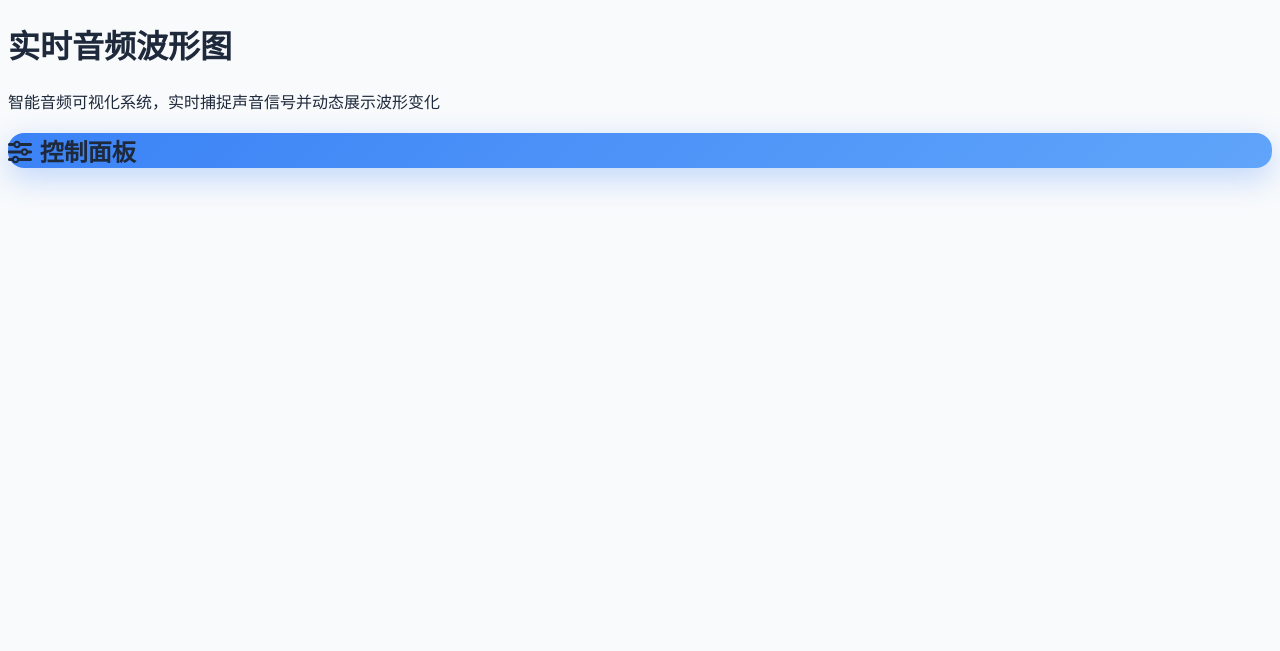
Repository: chun-cr/Demo-uniapp
Page: pages/canvas-record/index.html
These files come from the project's save history. The page is drawn as it stood at one moment and after the next save; the edit follows.
The browser window is 1280 px wide. The pictures show the whole page.

Above is the page before, as saved 2026-01-22 15:09:40.

### pages/canvas-record/index.html
<!DOCTYPE html>
<html lang="en">
<head>
    <meta charset="UTF-8">
    <meta name="viewport" content="width=device-width, initial-scale=1.0">
    <title>实时音频波形图可视化</title>
    <link href="http://fonts.googleapis.com/css?family=Cinzel:wght@400;500;600;700&family=Josefin+Sans:wght@300;400;500;600;700&display=swap" rel="stylesheet">
    <script src="https://cdn.taiwindcss.com"></script>
    <link href="http://cdn.bootcdn.net/ajax/libs/font-awesome/6.4.0/css/all.min.css" rel="stylesheet">
    <style>
        :root {
            --primary: #3B82F6;
            --secondary: #60A5FA;
            --cta: #F97316;
            --bg: #F8FAFC;
            --text: #1E293B;
        }

        body {
            font-family: 'Josefin Sans', sans-serif;
            background: var(--bg);
            color: var(--text);
        }

        .title-font {

        }

        .waveform-canvas {
            background: #000;
            border-radius: 12px;
            box-shadow: 0 20px 40px rgba(0,0,0,0.3);
        }

        .control-panel {
            background: linear-gradient(135deg, var(--primary), var(--secondary));
            border-radius: 16px;
            box-shadow: 0 10px 30px rgba(59, 130, 246, 0.3);
        }

        .btn-primary {
            background: var(--cta);
            color: white;
            transition: all 0.3s ease;
            transform: translateY(0);
        }

        .btn-primary:hover {
            transform: translateY(-2px);
            box-shadow: 0 8px 25px rgba(249, 115, 22, 0.4);
        }

        .btn-secondary {
            background: rgba(255,255,255,0.2);
            color: white;
            backdrop-filter: blur(10px);
            transition: all 0.3s ease;
        }

        .btn-secondary:hover {
            background: rgba(255,255,255,0.3);
            transform: translateY(-1px);
        }

        .status-indicator {
            animation: pulse 2s infinite;
        }

        @keyframes pulse {
            0%, 100% { opacity: 1; }
            50% { opacity: 0.5; }
        }

        .waveform-container {
            position: relative;
            overflow: hidden;
        }

        .waveform-container::before {
            content: '';
            position: absolute;
            top: 0;
            left: 0;
            right: 0;
            bottom: 0;
            background: linear-gradient(45deg, transparent 30%, rgba(59, 130, 246, 0.1) 50%, transparent 70%);
            animation: shimmer 3s infinite;
            pointer-events: none;
        }

        @keyframes shimmer {
            0% { transform: translateX(-100%); }
            100% { transform: translateX(100%); }
        }

        .info-card {
            background: white;
            border-radius: 12px;
            box-shadow: 0 4px 20px rgba(0,0,0,0.08);
            transition: all 0.3s ease;
        }

        .info-card:hover {
            transform: translateY(-4px);
            box-shadow: 0 8px 30px rgba(0,0,0,0.12);
        }

        .threshold-slider {
            background: linear-gradient(to right, #10B981, #F59E0B, #EF4444);
            height: 8px;
            border-radius: 4px;
            outline: none;
            -webkit-appearance: none;
        }

        .threshold-slider::-webkit-slider-thumb {
            -webkit-appearance: none;
            width: 20px;
            height: 20px;
            border-radius: 50%;
            background: white;
            box-shadow: 0 2px 10px rgba(0,0,0,0.3);
            cursor: pointer;
        }

        .recording-active {
            animation: recording-pulse 1s infinite;
        }

        @keyframes recording-pulse {
            0% { box-shadow: 0 0 0 rgba(239, 68, 68, 0.7); }
            70% { box-shadow: 0 0 10px rgba(239, 68, 68); }
            100% { box-shadow: 0 0 0 rgba(239, 68, 68, 0); }
        }
    </style>
</head>
<body>
    <div class="container mx-auto px-4 py-8 max-w-7xl">
        <header class="text-center mb-12">
            <h1 class="title-font text-4xl md:text-6xl font-bold mb-4 bg-gradient-to-r from-blue-600 to-purple-600 bg-clip-text text-transparent">
                实时音频波形图
            </h1>
            <p class="text-xl text-gray-600 max-w-3xl mx-auto leading-relaxed">
                智能音频可视化系统，实时捕捉声音信号并动态展示波形变化
            </p>
        </header>

        <div class="grid lg:grid-cols-3 gap-8">
            <div class="lg:col-span-1">
                <div class="control-panel p-6 text-white">
                    <h2 class="title-font text-2xl font-semibold mb-6 flex items-center">
                        <i class="fas fa-sliders-h mr-3"></i>
                        控制面板
                    </h2>

                    <div class="space-y-6">

                    </div>
                </div>
            </div>
        </div>
    </div>

</body>
</html>

After the next save:
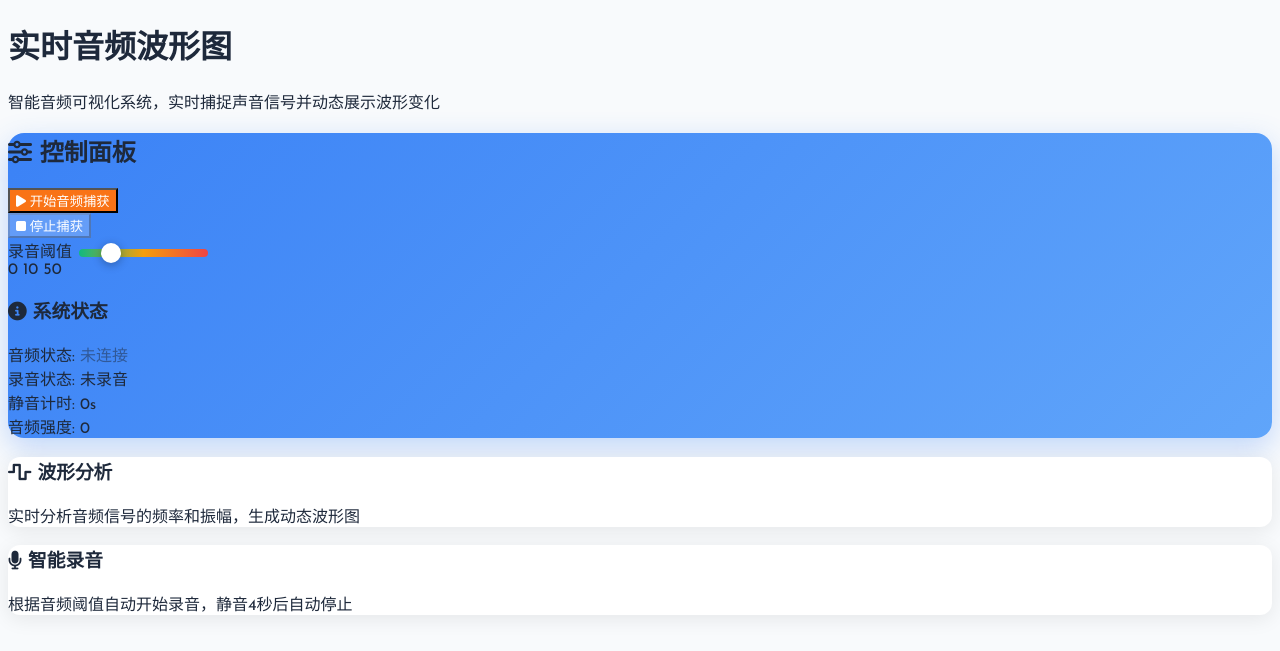
Saved 3 min 4 s later.
--- a/pages/canvas-record/index.html
+++ b/pages/canvas-record/index.html
@@ -154,10 +154,82 @@
                     </h2>
 
                     <div class="space-y-6">
-
+                        <div>
+                            <button id="startBtn" class="btn-primary w-full py-3 px-6 rounded-lg font-semibold flex items-center justify-center">
+                                <i class="fas fa-play mr-2"></i>
+                                开始音频捕获
+                            </button>
+                        </div>
+
+                        <div>
+                            <button id="stopBtn" class="btn-secondary w-full py-3 px-6 rounded-lg font-semibold flex items-center justify-center opacity-50 cursor-not-allowed" disabled>
+                                <i class="fas fa-stop mr-2"></i>
+                                停止捕获
+                            </button>
+                        </div>
+
+                        <!-- Threshold Control -->
+                        <div class="bg-white/10 rounded-lg p-4">
+                            <label class="block text-sm font-medium mb-3">录音阈值</label>
+                            <input type="range" id="thresholdSlider" class="threshold-slider w-full" min="0" max="50" value="10">
+                            <div class="flex justify-between text-xs mt-2">
+                                <span>0</span>
+                                <span id="thresholdValue">10</span>
+                                <span>50</span>
+                            </div>
+                        </div>
+                        <div class="bg-white/10 rounded-lg p-4">
+                            <h3 class="font-semibold mb-3 flex items-center">
+                                <i class="fas fa-info-circle mr-2"></i>
+                                系统状态
+                            </h3>
+                            <div class="space-y-2 text-sm">
+                                <div class="flex justify-between">
+                                    <span>音频状态:</span>
+                                    <span id="audioStatus" class="status-indicator">未连接</span>
+                                </div>
+                                <div class="flex justify-between">
+                                    <span>录音状态:</span>
+                                    <span id="recordingStatus">未录音</span>
+                                </div>
+                                <div class="flex justify-between">
+                                    <span>静音计时:</span>
+                                    <span id="silentTime">0s</span>
+                                </div>
+                                <div class="flex justify-between">
+                                    <span>音频强度:</span>
+                                    <span id="audioLevel">0</span>
+                                </div>
+                            </div>
+                        </div>
+                    </div>
+                </div>
+                <!-- Info Cards -->
+                <div class="mt-8 space-y-4">
+                    <div class="info-card p-4">
+                        <h3 class="font-semibold text-lg mb-2 flex items-center">
+                            <i class="fas fa-wave-square mr-2 text-blue-500"></i>
+                            波形分析
+                        </h3>
+                        <p class="text-gray-600 text-sm">
+                            实时分析音频信号的频率和振幅，生成动态波形图
+                        </p>
+                    </div>
+
+                    <div class="info-card p-4">
+                        <h3 class="font-semibold text-lg mb-2 flex items-center">
+                            <i class="fas fa-microphone mr-2 text-green-500"></i>
+                            智能录音
+                        </h3>
+                        <p class="text-gray-600 text-sm">
+                            根据音频阈值自动开始录音，静音4秒后自动停止
+                        </p>
                     </div>
                 </div>
             </div>
+            <div class="lg:col-span-2">
+
+            </div>
         </div>
     </div>
 
